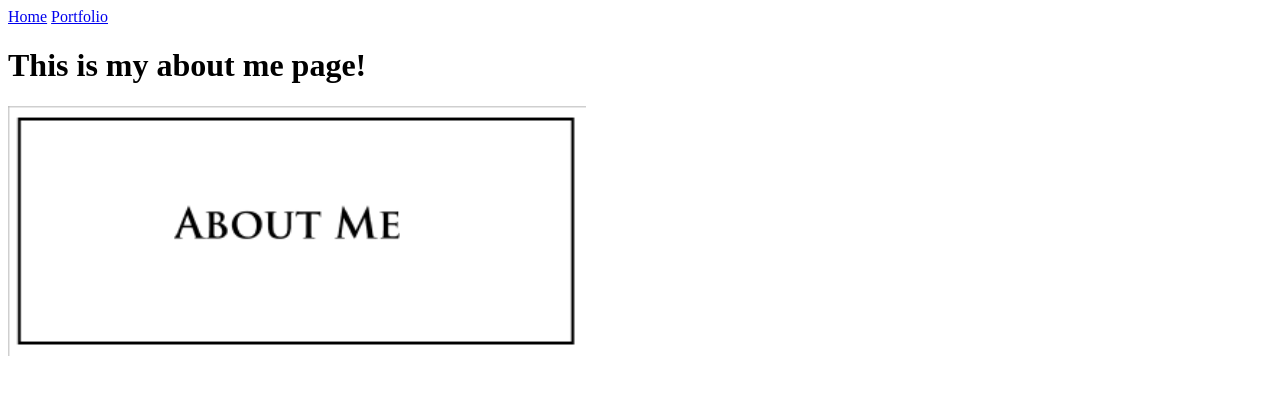
Repository: Smeef14/Smeef14.github.io
Page: my_website/aboutme.html
The author's editor kept a record of every edit. The page is drawn from the files as they stood at one moment, then again after the next edit.
The browser window is 1280 px wide. The pictures show the whole page.

Above is the page before.

### my_website/aboutme.html
<!doctype html>
	<html lang="en">
	  <head>
	    <meta charset="utf-8">
	    <title>About me</title>
	  </head>
	  <body>
    <a href="index.html">Home</a>
    <a href="aboutme.html">Portfolio</a>
    <h1>This is my about me page!</h1>
    <img src="images/aboutme.png" height="250">
    <br>
    <a target="_blank" href="https://scratch.mit.edu">

    </a>
	  </body>
	</html>

After the next edit:
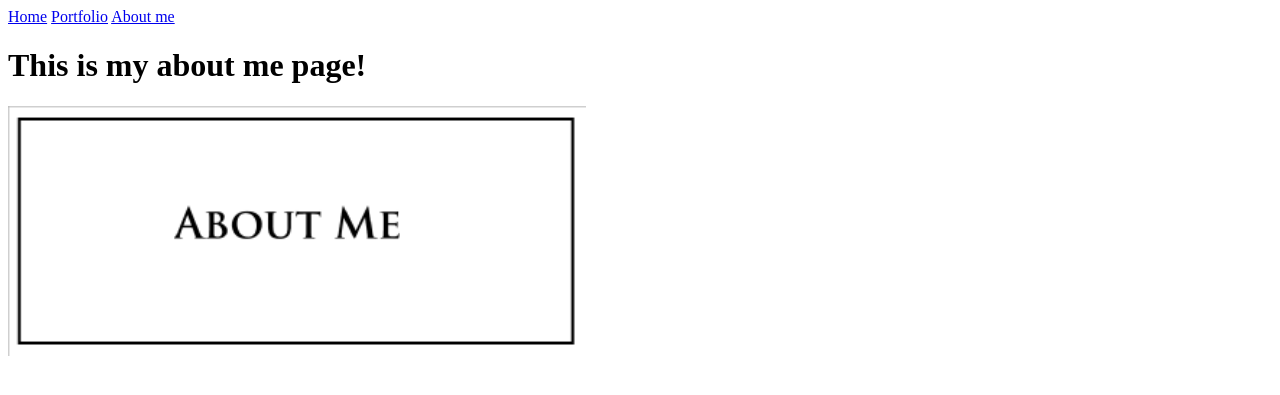
The edit:
--- a/my_website/aboutme.html
+++ b/my_website/aboutme.html
@@ -6,7 +6,8 @@
 	  </head>
 	  <body>
     <a href="index.html">Home</a>
-    <a href="aboutme.html">Portfolio</a>
+    <a href="portfolio.html">Portfolio</a>
+        <a href="about me.html">About me</a>
     <h1>This is my about me page!</h1>
     <img src="images/aboutme.png" height="250">
     <br>
